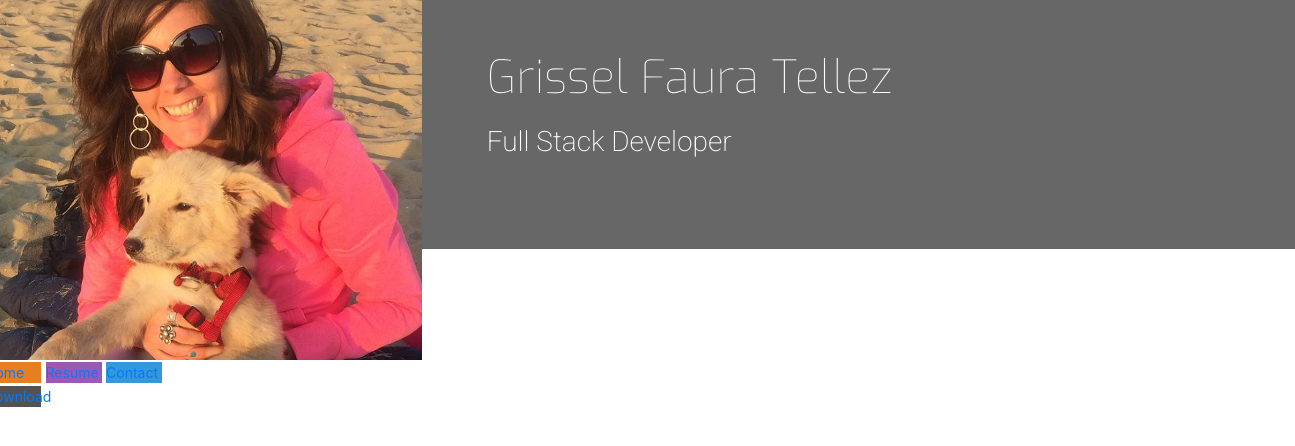
Repository: grisselfaura/Resume-Project-Introduction
Page: index.html
The author's editor kept a record of every edit. The page is drawn from the files as they stood at one moment, then again after the next edit.
The browser window is 1280 px wide. The page is 1295 px wide, so the pictures cover 1295 px, including what lies to the right of the window. The pictures show the whole page.

Above is the page before.

### index.html
<!DOCTYPE html>
<html lang="en">
<head>
    <meta charset="UTF-8">
    <meta name="viewport" content="width=device-width, initial-scale=1.0">
    <meta http-equiv="X-UA-Compatible" content="ie=edge">
    <link rel="stylesheet" href="https://stackpath.bootstrapcdn.com/bootstrap/4.3.1/css/bootstrap.min.css" type="text/css" />
    <link rel="stylesheet" href="https://stackpath.bootstrapcdn.com/font-awesome/4.7.0/css/font-awesome.min.css" type="text/css" />
    <link rel="stylesheet" href="assets/CSS/style.css" type="text/css" />
    <title>Grissel</title>
</head>
<body>
    <header>
       <div class="row">
           <a class="col-md-4 logo" href="index.html"></a>
           <div class="col-md-8">
               <div class="row bg-color-name-title">
                   <div class="col heading">
                       <h1 class="name">Grissel Faura Tellez</h1>
                       <h2 class="title">Full Stack Developer</h2>
                    </div>
               </div>
           </div>
           <div class="row">
                   <div class="col">
                       <ul id="nav" class="list-inline">
                            <li class="col-6 col-sm-3 ui-menu-color-home list-inline-item">
                            <a href="#"><span>Home</span></a>
                            </li>
                            <li class="col-6 col-sm-3 ui-menu-color-resume list-inline-item">
                            <a href="#"><span>Resume</span></a>
                            </li>
                            <li class="col-6 col-sm-3 ui-menu-color-contact list-inline-item">
                            <a href="#"><span>Contact</span></a>
                            </li>
                            <li class="col-6 col-sm-3 ui-menu-color-download list-inline-item">
                            <a href="#"><span>Download</span></a>
                            </li>
                        </ul>
                   </div>
               </div>
       </div>
    </header>
    <section>

    </section>
    <footer>

    </footer>
</body>
</html>

### assets/CSS/style.css
@import url('https://fonts.googleapis.com/css?family=Roboto:100,200,300,400,500,600,700|Exo:100,200,300,400,500,600,700');

/*---------------------------------Colours*/

.bg-color-name-title {
    background-color: #676767;
}

.ui-menu-color-home {
     background-color: #e67e22;
}

.ui-menu-color-resume {
     background-color: #9b59b6;
}

.ui-menu-color-contact {
     background-color: #3498db;
}

.ui-menu-color-download {
     background-color: #525252;
}

/*---------------------------------Heading*/
header {
    margin: 0;
}

.heading {
    margin-left: 50px;
}

.logo {
    background: url("../images/gri.jpg");
    background-position: center;
    background-repeat: no-repeat;
    background-size: cover;
    min-height: 360px;
    transition: all .5s ease-in-out;
    -moz-transition: all .5s ease-in-out;
    -webkit-transition: all .5s ease-in-out;
}

.name {
    font-family: "Exo", sans-serif;
    font-weight: 100;
    font-size: 46px;
    margin-top: 50px;
    color: #ffffff;
}

.title {
    font-family: "Roboto", sans-serif;
    font-weight: 200;
    font-size: 28px;
    margin-top: 20px;
    margin-bottom: 90px;
    color: #ffffff;
}
.list-inline-item:not(:last-child) {
    margin-right: 0;
}
.menucontainer {
    font-size: 0;
}

#nav {
    margin: 0
}

#nav li {
    font-size: 14px;
    padding: 0;
}

.menuitem {
    height: 120px;
    text-align: center;
    padding: 0;
}

.menuitem a {
    width: 100%;
    text-decoration: none;
    color: #fff;
    height: 120px;
}

.menuitem a i {
    padding-top: 22px;
    display: block;
    color: #fafafa;
    font-size: 26px;
}

.menuitem span {
    display: block;
    width: 100%;
    padding-top: 5px;
    text-align: center;
    text-transform: uppercase;
    font-size: 14px;
    font-weight: 300;
    letter-spacing: 2px;
}

/*---------------------------------Hover.css*/
.hvr-sweep-to-bottom:before {
    background: rgba(0,0,0,0.2);
    height: 120px;
}

After the next edit:
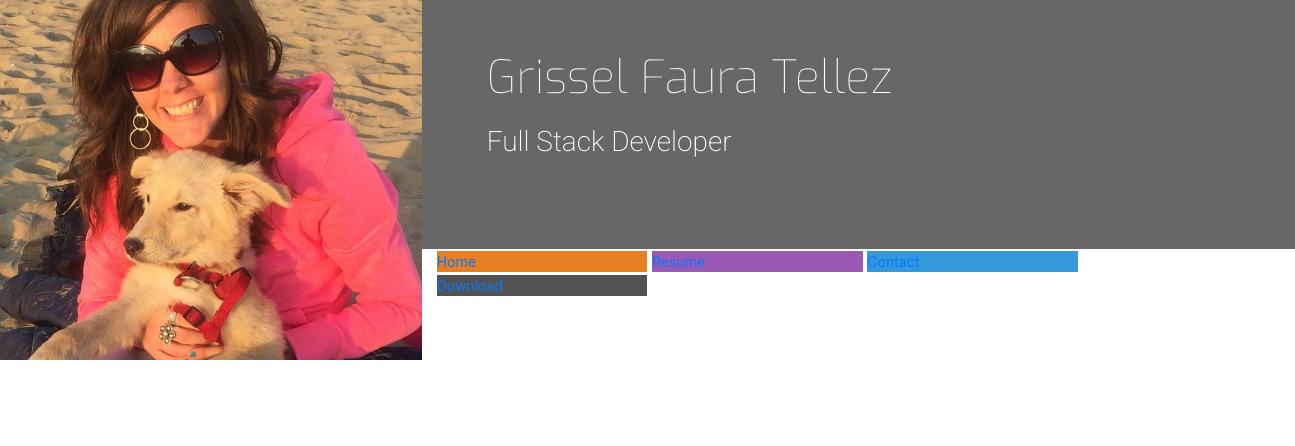
The edit:
--- a/index.html
+++ b/index.html
@@ -20,23 +20,22 @@
                        <h2 class="title">Full Stack Developer</h2>
                     </div>
                </div>
-           </div>
-           <div class="row">
+               <div class="row">
                    <div class="col">
                        <ul id="nav" class="list-inline">
-                            <li class="col-6 col-sm-3 ui-menu-color-home list-inline-item">
-                            <a href="#"><span>Home</span></a>
-                            </li>
-                            <li class="col-6 col-sm-3 ui-menu-color-resume list-inline-item">
-                            <a href="#"><span>Resume</span></a>
-                            </li>
-                            <li class="col-6 col-sm-3 ui-menu-color-contact list-inline-item">
-                            <a href="#"><span>Contact</span></a>
-                            </li>
-                            <li class="col-6 col-sm-3 ui-menu-color-download list-inline-item">
-                            <a href="#"><span>Download</span></a>
-                            </li>
-                        </ul>
+                           <li class="col-6 col-sm-3 ui-menu-color-home list-inline-item">
+                               <a href="#"><span>Home</span></a>
+                           </li>
+                           <li class="col-6 col-sm-3 ui-menu-color-resume list-inline-item">
+                               <a href="#"><span>Resume</span></a>
+                           </li>
+                           <li class="col-6 col-sm-3 ui-menu-color-contact list-inline-item">
+                               <a href="#"><span>Contact</span></a>
+                           </li>
+                           <li class="col-6 col-sm-3 ui-menu-color-download list-inline-item">
+                               <a href="#"><span>Download</span></a>
+                           </li>
+                       </ul>
                    </div>
                </div>
        </div>
